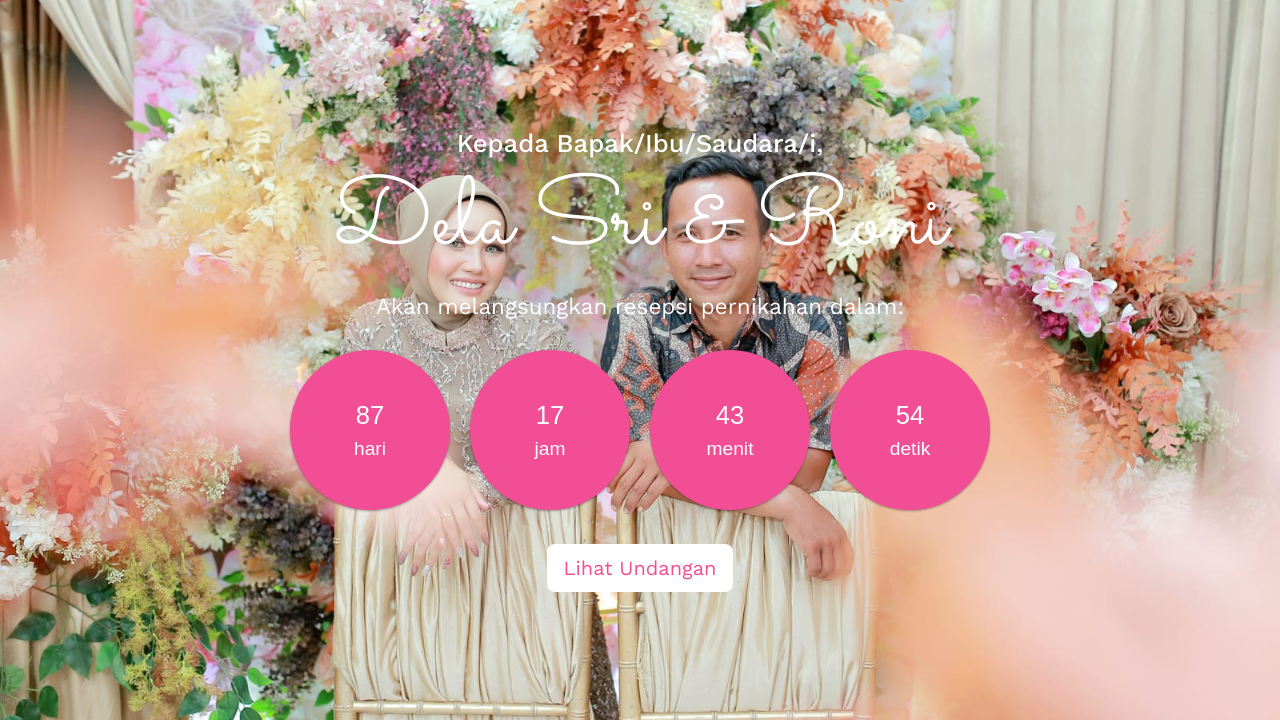
Repository: sellayspy/invitation
Page: index.html
The author's editor kept a copy of each file at every save. The page is drawn from the files as they stood at one save, then again after the next save.
The browser window is 1280 px wide. The pictures show the whole page.

Above is the page before, as saved 2024-07-08 15:06:29.

### index.html
<!DOCTYPE html>
<html lang="en">
  <head>
    <meta charset="utf-8" />
    <meta name="viewport" content="width=device-width, initial-scale=1" />
    <title>Dela & Roni</title>
    <link
      href="https://cdn.jsdelivr.net/npm/bootstrap@5.3.3/dist/css/bootstrap.min.css"
      rel="stylesheet"
      integrity="sha384-QWTKZyjpPEjISv5WaRU9OFeRpok6YctnYmDr5pNlyT2bRjXh0JMhjY6hW+ALEwIH"
      crossorigin="anonymous"
    />
    <link rel="preconnect" href="https://fonts.googleapis.com" />
    <link rel="preconnect" href="https://fonts.gstatic.com" crossorigin />
    <link
      href="https://fonts.googleapis.com/css2?family=Sacramento&family=Work+Sans:ital,wght@0,100..900;1,100..900&display=swap"
      rel="stylesheet"
    />

    <!--Simple Coutdown-->
    <link rel="stylesheet" href="coutdown/simplyCountdown.theme.default.css" />
    <script src="coutdown/simplyCountdown.min.js"></script>

    <link rel="stylesheet" href="style.css" />
  </head>
  <body>
    <section
      id="hero"
      class="hero w-100 h-100 p-3 mx-auto text-center d-flex justify-content-center align-items-center text-white"
    >
      <main>
        <h4>Kepada Bapak/Ibu/Saudara/i,</h4>
        <h1>Dela Sri & Roni</h1>
        <p>Akan melangsungkan resepsi pernikahan dalam:</p>
        <div class="simply-countdown"></div>
        <a href="#undangan" class="btn btn-lg mt-4">Lihat Undangan</a>
      </main>
    </section>
    <script
      src="https://cdn.jsdelivr.net/npm/bootstrap@5.3.3/dist/js/bootstrap.bundle.min.js"
      integrity="sha384-YvpcrYf0tY3lHB60NNkmXc5s9fDVZLESaAA55NDzOxhy9GkcIdslK1eN7N6jIeHz"
      crossorigin="anonymous"
    ></script>

    <script>
      simplyCountdown(".simply-countdown", {
        year: 2024, // required
        month: 10, // required
        day: 4, // required
        hours: 8, // Default is 0 [0-23] integer
        words: {
          //words displayed into the countdown
          days: { singular: "hari", plural: "hari" },
          hours: { singular: "jam", plural: "jam" },
          minutes: { singular: "menit", plural: "menit" },
          seconds: { singular: "detik", plural: "detik" },
        },
      });
    </script>
  </body>
</html>

### coutdown/simplyCountdown.theme.default.css
.simply-countdown {
  overflow: hidden;
  display: table;
  font-family: "Arial", sans-serif;
  margin: auto;
}
.simply-countdown > .simply-section {
  width: 50px;
  height: 50px;
  padding: 80px;
  display: flex;
  align-items: center;
  justify-content: center;
  float: left;
  margin: 10px;
  background: var(--pink);
  box-shadow: 0 1px 3px rgba(0, 0, 0, 0.12), 0 1px 2px rgba(0, 0, 0, 0.24);
  border-radius: 50%;
}
.simply-countdown > .simply-section .simply-amount,
.simply-countdown > .simply-section .simply-word {
  display: block;
  text-align: center;
}
.simply-countdown > .simply-section .simply-amount {
  font-size: 1.6rem;
}

### style.css
:root {
  --pink: #f14e95;

  --bg: #0a0a0a;

  --shadow: 0 2px 2px rgb(0, 0, 0/ 0.5);
}

body {
  font-size: 1.2rem;
  font-family: "Work Sans", sans-serif;
}

.hero::before {
  content: "";
  position: absolute;
  top: 0;
  left: 0;
  height: 100%;
  width: 100%;
  background-image: url(img/gambar-1.jpg);
  background-size: cover;
  background-position: center;
  z-index: -1;
  filter: blur();
}

.hero {
  position: relative;
  min-height: 100vh;
}

.hero h1 {
  font-family: "Sacramento", cursive;
  font-size: 6rem;
}

.hero h4 {
  font-size: 1.6rem;
}

.hero p {
  font-size: 1.4rem;
}

.hero a {
  color: var(--pink);

  background-color: white;
}

.hero a:hover {
  background-color: var(--pink);
  color: white;
}

Loaded but not shown: coutdown/simplyCountdown.min.js (library)

After the next save:
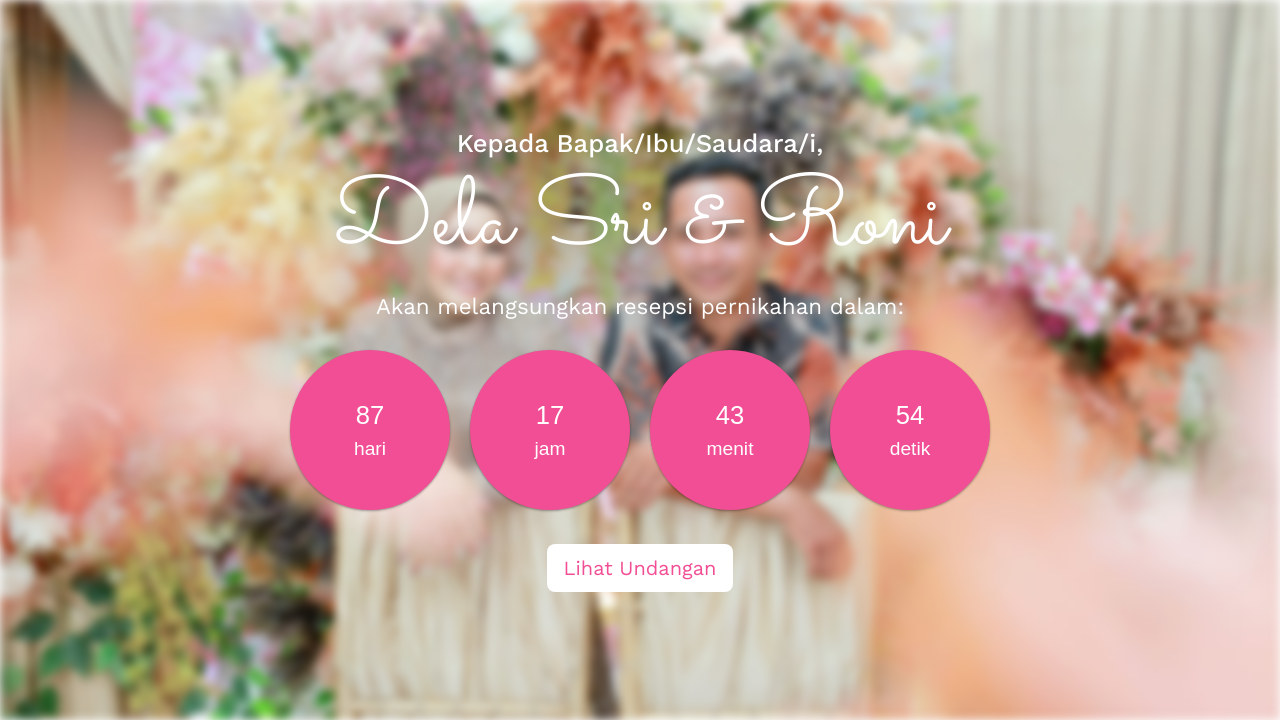
Saved 6 s later.
--- a/style.css
+++ b/style.css
@@ -22,7 +22,7 @@ body {
   background-size: cover;
   background-position: center;
   z-index: -1;
-  filter: blur();
+  filter: blur(5px);
 }
 
 .hero {
